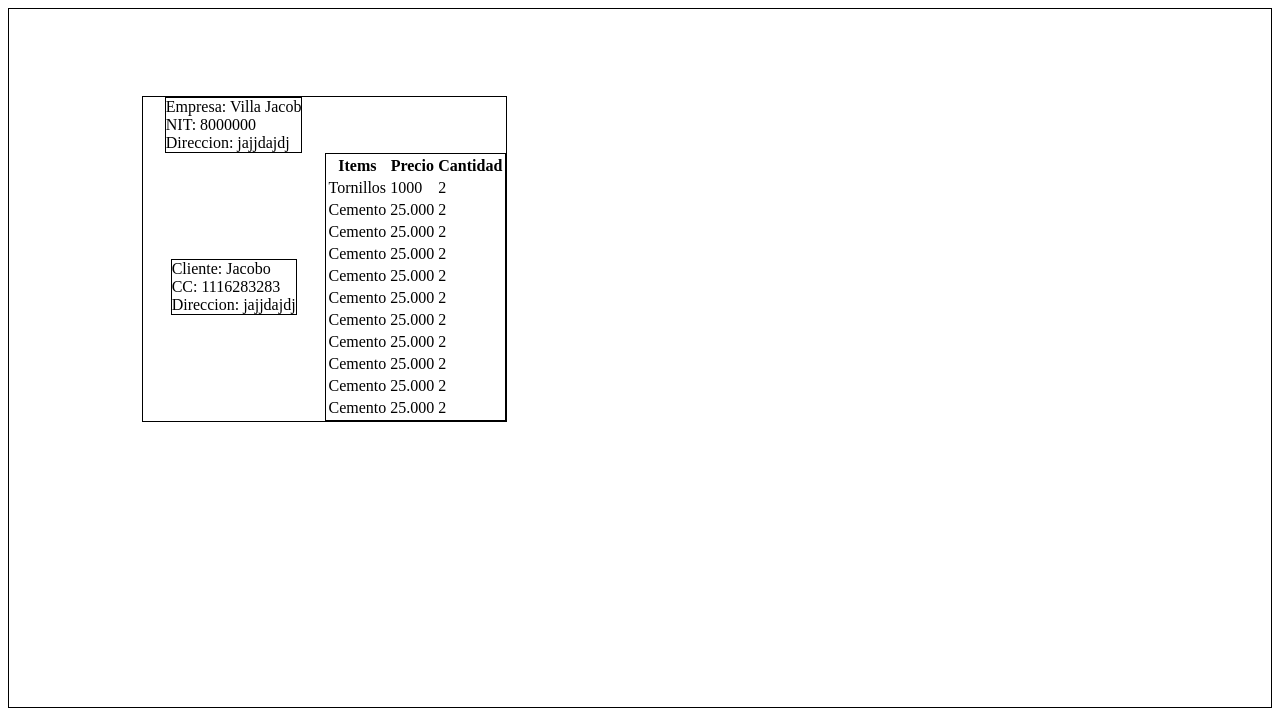
Repository: MrVanQish/FacturaEstructura
Page: index.html
An editor plug-in stored every save of this project. The page is shown before and after a run of saves, followed by the edit.
The browser window is 1280 px wide. The pictures show the whole page.

Above is the page before, as saved 2021-09-29 10:14:49.

### index.html
<!DOCTYPE html>
<html lang="en">
<head>
    <meta charset="UTF-8">
    <meta http-equiv="X-UA-Compatible" content="IE=edge">
    <meta name="viewport" content="width=device-width, initial-scale=1.0">
    <title>Document</title>
    <link rel="stylesheet" href="styles.css">
</head>
<body>

    <div class="wrapper">

        <div class="factura1">
                <div class="infoEmpresa-f">
                    Empresa: Villa Jacob
                    <br>
                    NIT: 8000000
                    <br>
                    Direccion: jajjdajdj
                </div>
                <div class="infoCliente-f">
                    Cliente: Jacobo
                    <br>
                    CC: 1116283283
                    <br>
                    Direccion: jajjdajdj
                </div>
                <div class="items-f">

                    <table>

                        <tr>

                            <th>Items</th>

                            <th>Precio</th>

                            <th>Cantidad</th>


                        </tr>

                          <tr>

                            <td>Tornillos</td>

                            <td>1000</td>

                            <td>2</td>

                          </tr>

                          <tr>

                            <td>Cemento</td>

                            <td>25.000</td>

                            <td>2</td>

                          </tr>


                          <tr>

                            <td>Cemento</td>

                            <td>25.000</td>

                            <td>2</td>

                          </tr>

                          <tr>

                            <td>Cemento</td>

                            <td>25.000</td>

                            <td>2</td>

                          </tr>

                          <tr>

                            <td>Cemento</td>

                            <td>25.000</td>

                            <td>2</td>

                          </tr>

                          <tr>

                            <td>Cemento</td>

                            <td>25.000</td>

                            <td>2</td>

                          </tr>

                          <tr>

                            <td>Cemento</td>

                            <td>25.000</td>

                            <td>2</td>

                          </tr>


                          <tr>

                            <td>Cemento</td>

                            <td>25.000</td>

                            <td>2</td>

                          </tr>


                          <tr>

                            <td>Cemento</td>

                            <td>25.000</td>

                            <td>2</td>

                          </tr>

                          <tr>

                            <td>Cemento</td>

                            <td>25.000</td>

                            <td>2</td>

                          </tr>

                          <tr>

                            <td>Cemento</td>

                            <td>25.000</td>

                            <td>2</td>

                          </tr>






                      </table>



                </div>

                <!-- //t -->
            <div class="body-f">

            </div>
        </div>


    </div>

</body>
</html>

### styles.css
@page {
    size: A4 landscape;
}

.wrapper {
    height: 97vh;
    border: 1px solid #000;
    display: grid;
    grid-template-columns: 1fr 1fr;
    grid-template-rows: 500px;
    grid-template-areas:
      "f1 f2";
  }

  .factura1 {

    display: grid;
    grid-area: f1;
    align-self: center;
    justify-self: center;
    border: 1px solid #000;
    grid-template-columns: 1fr 1fr;
    grid-template-rows: 1fr auto;
    grid-template-areas:
      "infoEmpresa-f space"
      "infoCliente-f items-f" ;
  }


.infoEmpresa-f{

    grid-area: infoEmpresa-f;
    border: 1px solid #000;
    align-self: center;
    justify-self: center;

}

.infoCliente-f{
    grid-area: infoCliente-f;
    border: 1px solid #000;
    align-self: center;
    justify-self: center;
}

.items-f{
    grid-area: items-f;
    border: 1px solid #000;
    align-self: center;
    justify-self: center;
}

After the next 2 saves:
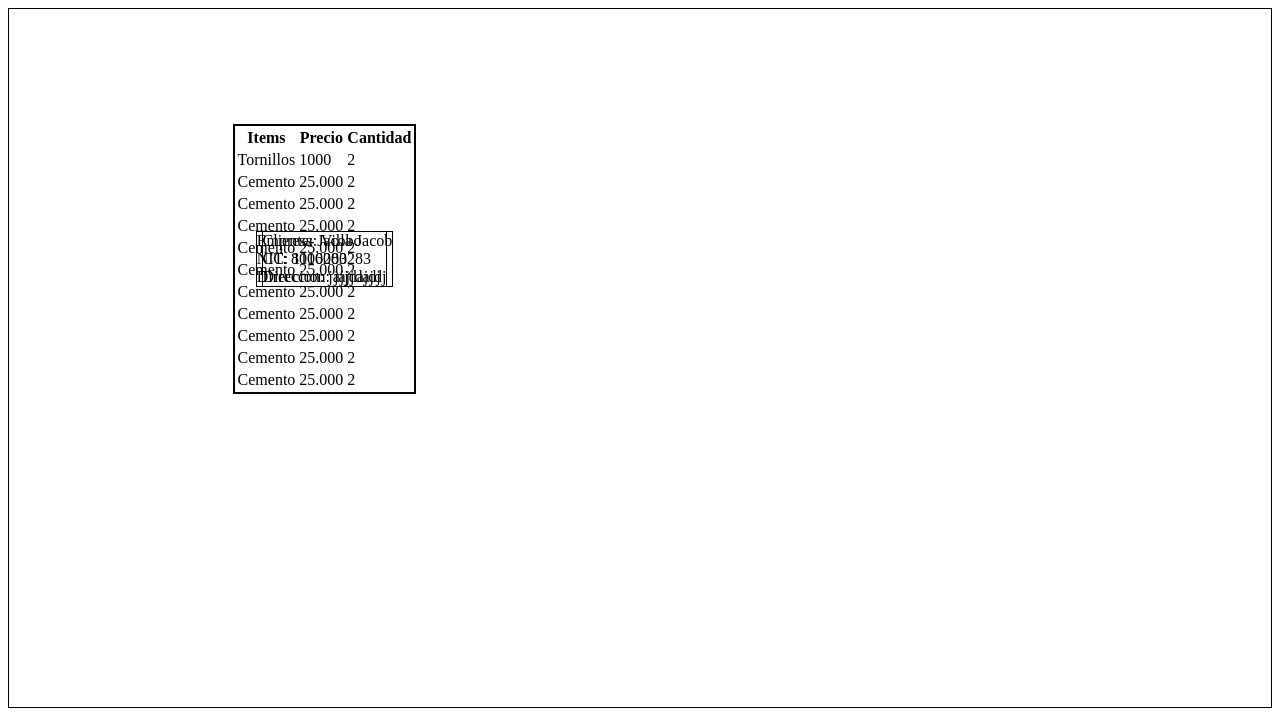
The 2 saves are shown as one change because they came seconds apart.
The last was saved 17 s later.
--- a/styles.css
+++ b/styles.css
@@ -23,7 +23,7 @@
     grid-template-rows: 1fr auto;
     grid-template-areas:
       "infoEmpresa-f space"
-      "infoCliente-f items-f" ;
+      "infoCliente-f infoEmpresa-f items-f" ;
   }
 
 
